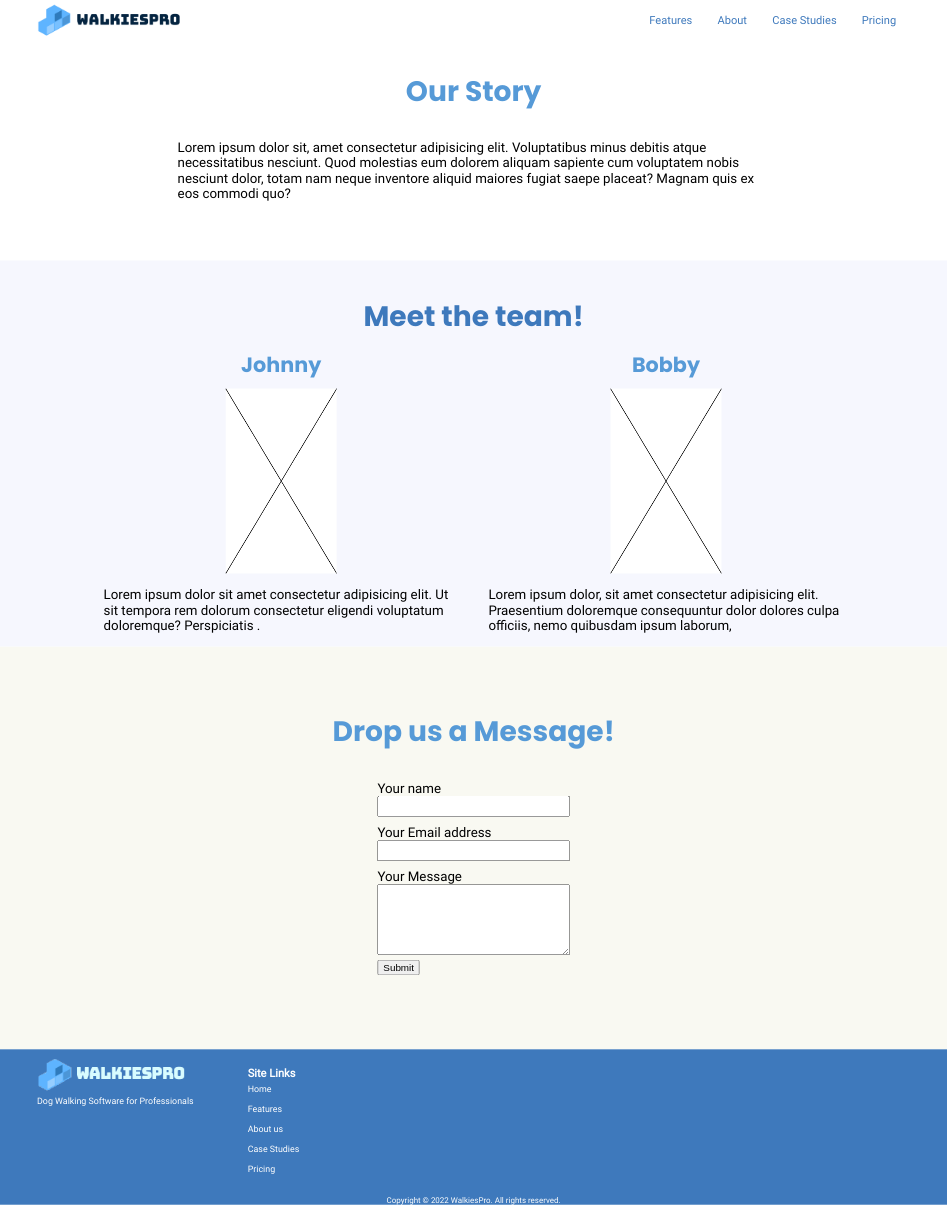
Repository: StevieC87/LAYOUT4
Page: about-us.html
The author's editor kept a copy of each file at every save. The page is drawn from the files as they stood at one save, then again after the next save.
The browser window is 1280 px wide. The pictures show the whole page, at 74% of full size.

Above is the page before, as saved 2022-01-02 16:49:49.

After the next save:
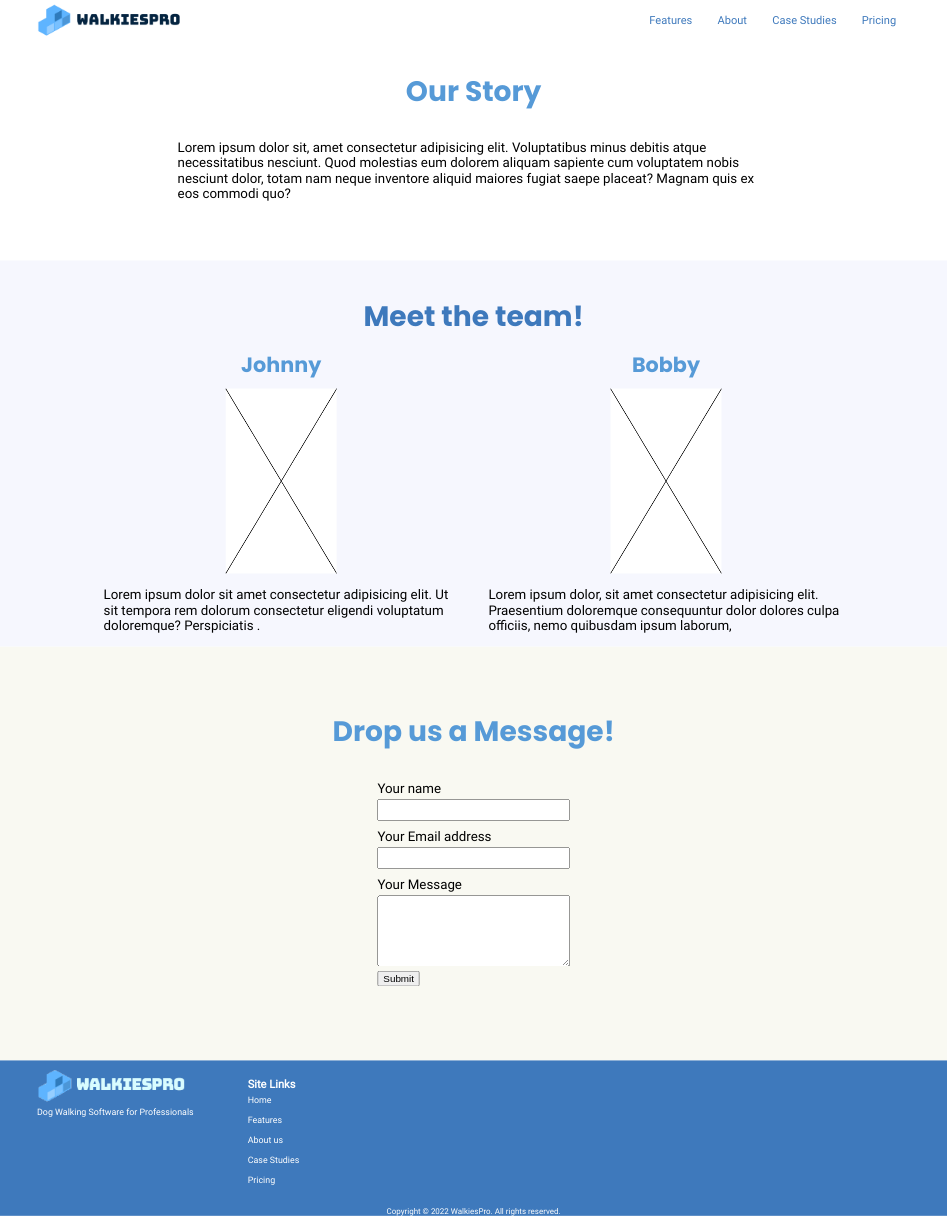
Saved 16 s later.
--- a/css/aboutus.css
+++ b/css/aboutus.css
@@ -71,6 +71,9 @@ label {
   max-width: 300px;
   padding: 10px 0 0 0;
 }
+label {
+  padding-bottom: 5px;
+}
 @media (min-width: 336px) {
   .meetteamprofiles {
     grid-template-columns: 1fr 1fr;
